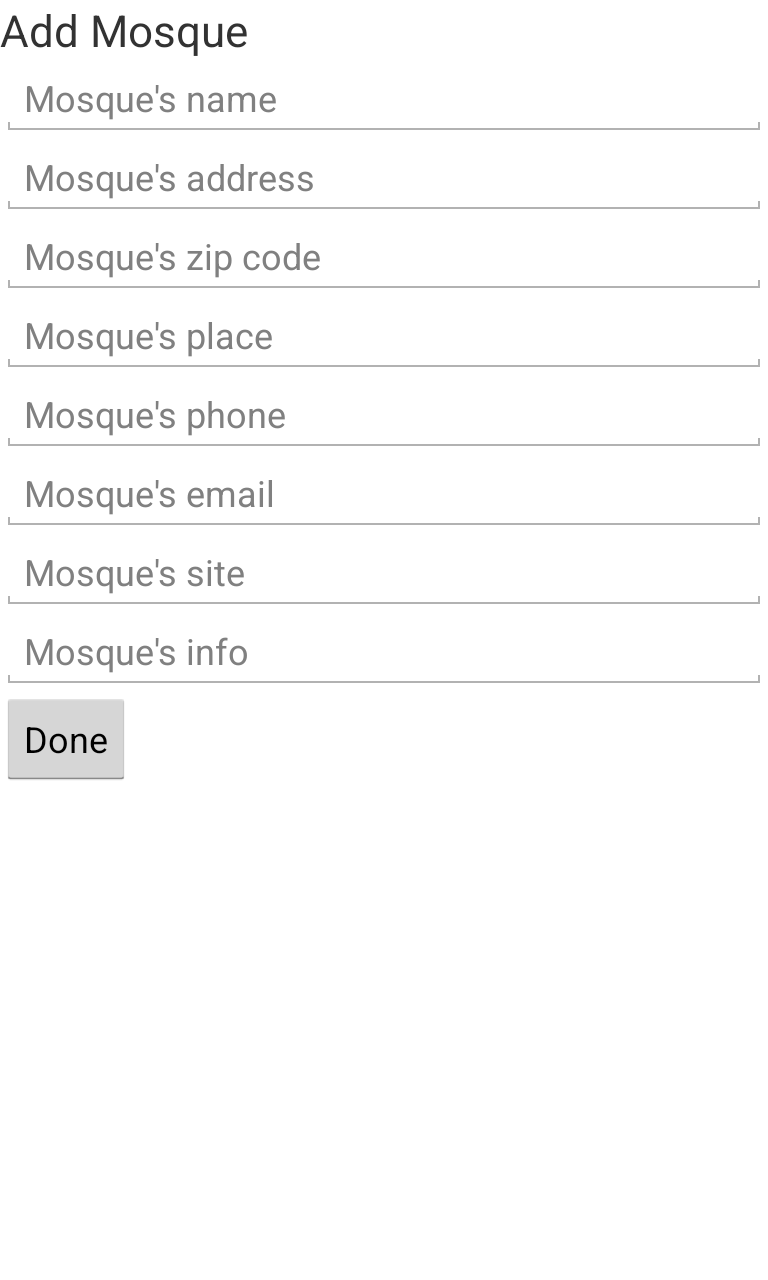
Repository: Osamah/Afstudeerwerk
Layout: NativeApp/SecondPillar/res/layout/activity_addmosque.xml
An editor plug-in stored every save of this project. The layout is shown before and after the next save, followed by the edit.
It is drawn on a 768 x 1280 px phone screen (xhdpi) without system bars, with theme AppTheme; the app's code is not run.

Above is the layout before, as saved 2013-01-05 21:15:36.

After the next save:
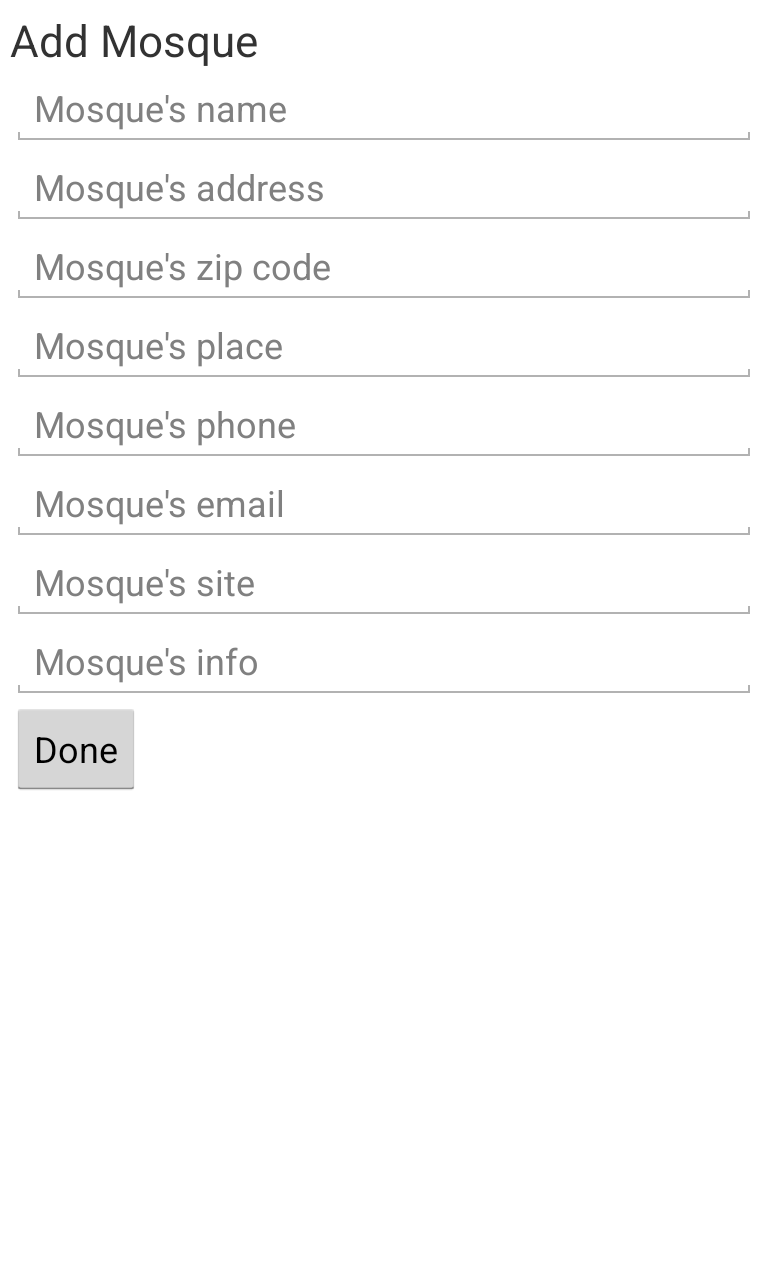
Saved 23 s later.
--- a/NativeApp/SecondPillar/res/layout/activity_addmosque.xml
+++ b/NativeApp/SecondPillar/res/layout/activity_addmosque.xml
@@ -6,13 +6,13 @@
     android:id="@+id/ScrollView01"
     android:layout_width="fill_parent"
     android:layout_height="wrap_content"
-    android:scrollbars="vertical"
-    android:layout_margin="5dp">
+    android:scrollbars="vertical">
 
     <LinearLayout
         android:layout_width="fill_parent"
         android:layout_height="wrap_content"
-        android:orientation="vertical" >
+        android:orientation="vertical"
+        android:layout_margin="5dp">
 
 		<TextView
 		    android:id="@+id/lblAddMosque"
